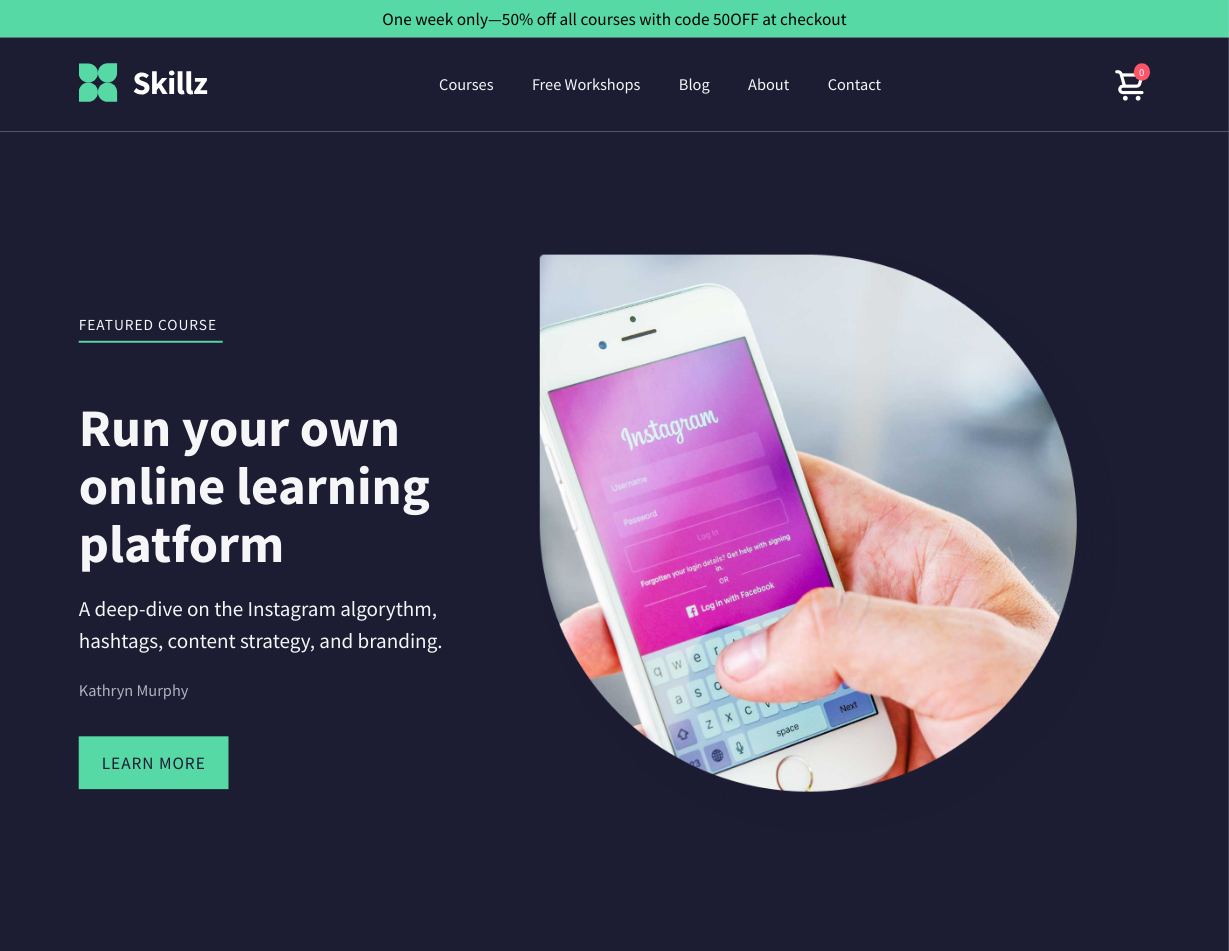
Repository: saidabbasun/skillz
Page: /
The author's editor kept a copy of each file at every save. The page is drawn from the files as they stood at one save, then again after the next save.
The browser window is 1280 px wide. The pictures show the whole page, at 96% of full size.
The project was rebuilt for these pictures with package versions that can differ from the ones it lists, and the page was loaded fresh each time.

Above is the page before, as saved 2022-06-13 04:38:43.

### public/index.html
<!DOCTYPE html>
<html lang="en">
  <head>
    <meta charset="utf-8" />

    <meta name="viewport" content="width=device-width, initial-scale=1" />
    <meta name="theme-color" content="#000000" />
    <link rel="stylesheet" href="https://unicons.iconscout.com/release/v4.0.0/css/line.css">
    <title>React App</title>
  </head>
  <body>

    <div id="root"></div>

  </body>
</html>

### src/index.js
import React from 'react';
import ReactDOM from 'react-dom/client';
import { BrowserRouter } from "react-router-dom";
import App from './App';


const root = ReactDOM.createRoot(document.getElementById('root'));
root.render(
  <BrowserRouter>
    <App />
  </BrowserRouter>
);

### src/App.js
import Header from './Components/Header';
import Home from './Components/Home';
import './styles/Globl/collection.scss';

function App() {
  return (
    <div>
    <Header/>
    <Home/>
    </div>
  );
}

export default App;

### src/Components/Header.jsx
import React from 'react'

import { Link } from 'react-router-dom';
import Logo from '../assets/images/Logo.svg';
const Header = () => {
  return (
    <div>
        <div className="topDiscount">
            <p>One week only—50% off all courses with code 50OFF at checkout</p>
        </div>
        <div className="container">
            <div className="navbar">
                <Link  to={`/`}>
                <img src={Logo} alt="logo" />
                </Link>
                <div className="navbarNav">
                    <div className="navItem">
                        <Link  to={`/`} className='navLink'>Courses</Link>
                    </div>
                    <div className="navItem">
                        <Link  to={`/`} className='navLink'>Free Workshops</Link>
                    </div>
                    <div className="navItem">
                        <Link  to={`/`} className='navLink'>Blog</Link>
                    </div>
                    <div className="navItem">
                        <Link  to={`/`} className='navLink'>About</Link>
                    </div>
                    <div className="navItem">
                        <Link  to={`/`} className='navLink'>Contact</Link>
                    </div>
                </div>
                <div className="cartWrapper">
                <Link  to={`/`}>
                <i class="uil uil-shopping-cart cart"></i>
                </Link>
                     <div className="count">
                        <p>0</p>
                     </div>
                </div>
            </div>
        </div>
    </div>
  )
}

export default Header

### src/Components/Home.jsx
import React from 'react'
import { Link } from 'react-router-dom'

const Home = () => {
  return (
    <div className='container'>
        <div className="row">
            <div className="col5">
                <div className="Course">
                    <p>Featured Course</p>
                </div>
                <p className='cartTitle'>Run your own online learning platform</p>
                <p className="cartText">A deep-dive on the Instagram algorythm, hashtags, content strategy, and branding.</p>
                <p className="cartAfter">Kathryn Murphy</p>
                <Link to={`/`} className="cartBtn">
                Learn More
                </Link>
            </div>
            <div className="col7">
                <div className="bgRectangle">

                <div className="waveLine"></div>
                    <div className="Rectangle1"></div>
                    <div className="Rectangle2"></div>
                    <div className="Rectangle3"></div>


                </div>
            </div>
        </div>

    </div>
  )
}

export default Home

### src/styles/Globl/collection.scss
@import './globl';
@import './variables.scss';
@import './mixin';
@import '../Globl/font-face.scss';
@import '../Header.scss';
@import '../Home.scss';

### src/styles/Globl/_globl.scss
*{
    box-sizing: border-box;
    padding: 0;
    margin: 0;
    font-family:SourceSansProRegular ;
}
.container{
    margin: 0 auto;


}

### src/styles/Globl/variables.scss
$color_btn:#57D9A6;
$color_bg_title:#1C1C33;
$text_footer: #F6F6F8;
$color_text:#4E4E65;
$color_white:#FFFFFF;
$color_cartBg:#FC5468;

### src/styles/Globl/_mixin.scss
@mixin flexbox {
    display: flex;
    align-items: center;
}

### src/styles/Globl/font-face.scss


@font-face {
    font-family: SourceSansProRegular;

    src:  url('../../assets/fontFamily/SourceSansPro-Regular.ttf');
  }
  @font-face {
    font-family: SourceSansProBold;

    src:  url('../../assets/fontFamily/SourceSansPro-Bold.ttf');
  }
  @font-face {
    font-family: SourceSansProItalic;

    src:  url('../../assets/fontFamily/SourceSansPro-Italic.ttf');
  }

### src/styles/Header.scss
@import './Globl/variables.scss';
@import './Globl/mixin';
.topDiscount{
    background-color:$color_btn;
    font-weight: 400;
font-size: 18px;
text-align: center;

padding: 8px 0;

}
.navbar{
    @include flexbox;
    background-color:$color_bg_title;
    justify-content:space-between;
    padding: 24px 82px;
}
.navbarNav{
    @include flexbox;
 column-gap: 40px;
}

.navLink{

    font-weight: 400;
font-size: 17px;
    text-decoration: none;
    color: $text_footer;
}
.cartWrapper{
    position: relative;
}
.cart{
    color:$color_white;
    font-size: 40px;


}
.count{
    padding:0  6px;
    background-color: $color_cartBg;
    color: $color_white;
    position: absolute;
    border-radius: 50%;
    font-size: 11px;
    line-height: 18px;
    position: absolute;
    top: 3px;
    right: 0;

}

### src/styles/Home.scss
@import './Globl/variables.scss';
@import './Globl/mixin';
.row{

    padding: 120px 0 120px 82px;
 @include flexbox;

 background-color: $color_bg_title;
}
.col5{
    width: 35%;

    color: $text_footer;
}
.Course{
   width: 150px;
   padding: 7px 0;
    font-weight: 400;
font-size: 16px;
letter-spacing: 1px;
text-transform: uppercase;

border-bottom: 2px solid $color_btn;
}
.cartTitle{
    font-family: SourceSansProBold;
    padding: 59px 0 22px;
    font-weight: 700;
font-size: 55px;
line-height: 60px;
}
.cartText{
    line-height: 33px;
font-weight: 400;
font-size: 22px;
}
.cartAfter{
    padding: 22px 0 48px;
    font-weight: 400;
font-size: 17px;
line-height: 27px;
color: #B2B2BF;
}
.cartBtn{
    font-weight: 400;
font-size: 18px;
line-height: 27px;
padding: 16px 24px;
letter-spacing: 1px;
text-transform: uppercase;
background-color: $color_btn;
color: $color_bg_title;
text-decoration: none   ;
}

.col7{
    width: 60%;
    display: flex;
    justify-content: center;
    align-items: center;

}

.bgRectangle{
    position: relative;

    width: 614px;
    height: 614px;
    border-radius: 50%;
    border-top-left-radius: 0;

    background-image: url(../assets/images/homeImg.png);

    background-position:center;
    background-size:cover;

}

After the next save:
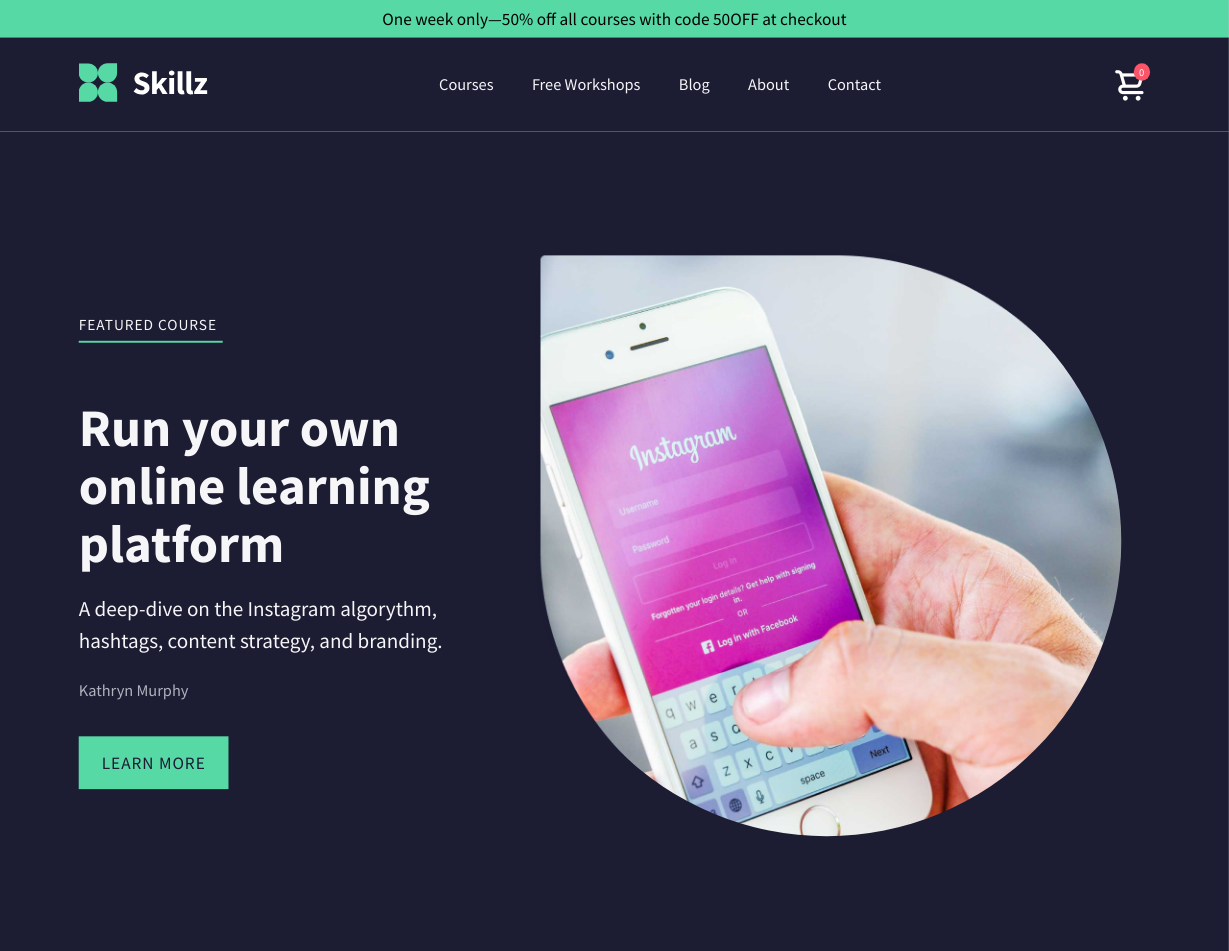
Saved 6 s later.
--- a/src/styles/Home.scss
+++ b/src/styles/Home.scss
@@ -71,7 +71,5 @@
 
     background-image: url(../assets/images/homeImg.png);
 
-    background-position:center;
-    background-size:cover;
 
 }
